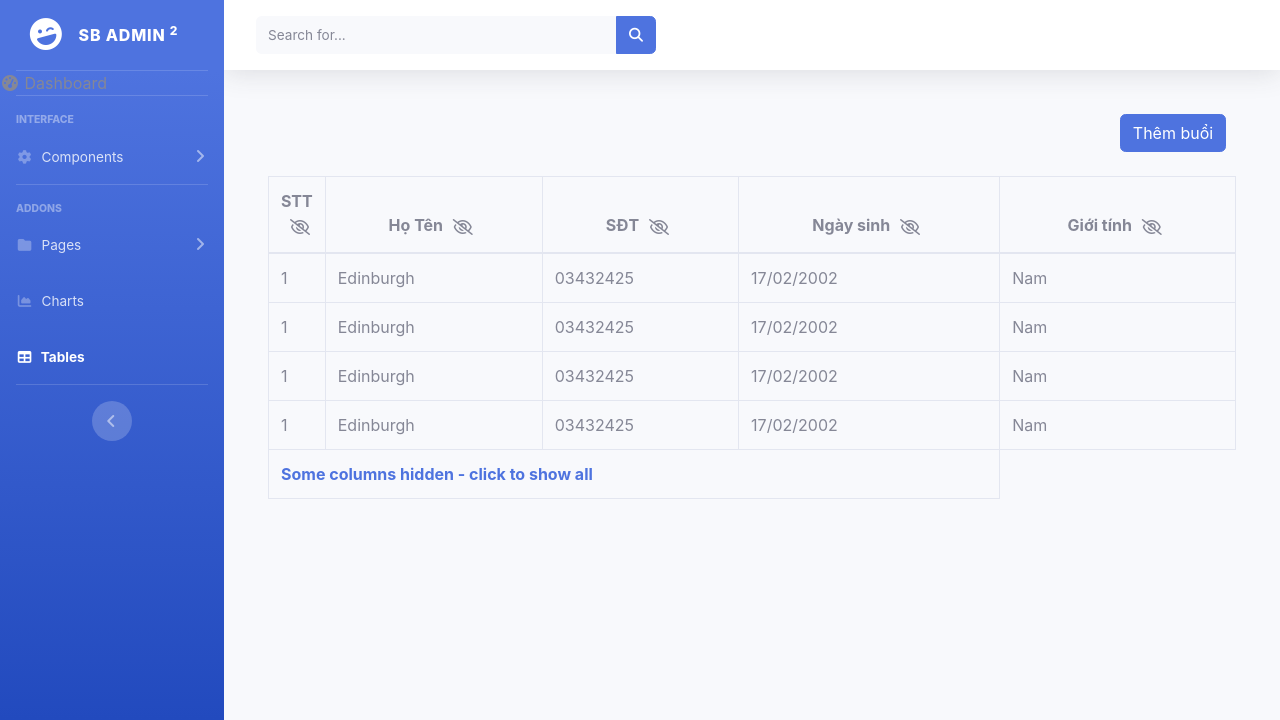
Repository: huyennvo/WebCiTEdu
Page: index.html
An editor plug-in stored every save of this project. The page is shown before and after the next save, followed by the edit.
The browser window is 1280 px wide. The pictures show the whole page.
Some web libraries are served in a nearby version.

Above is the page before, as saved 2022-07-30 09:47:08.

After the next save:
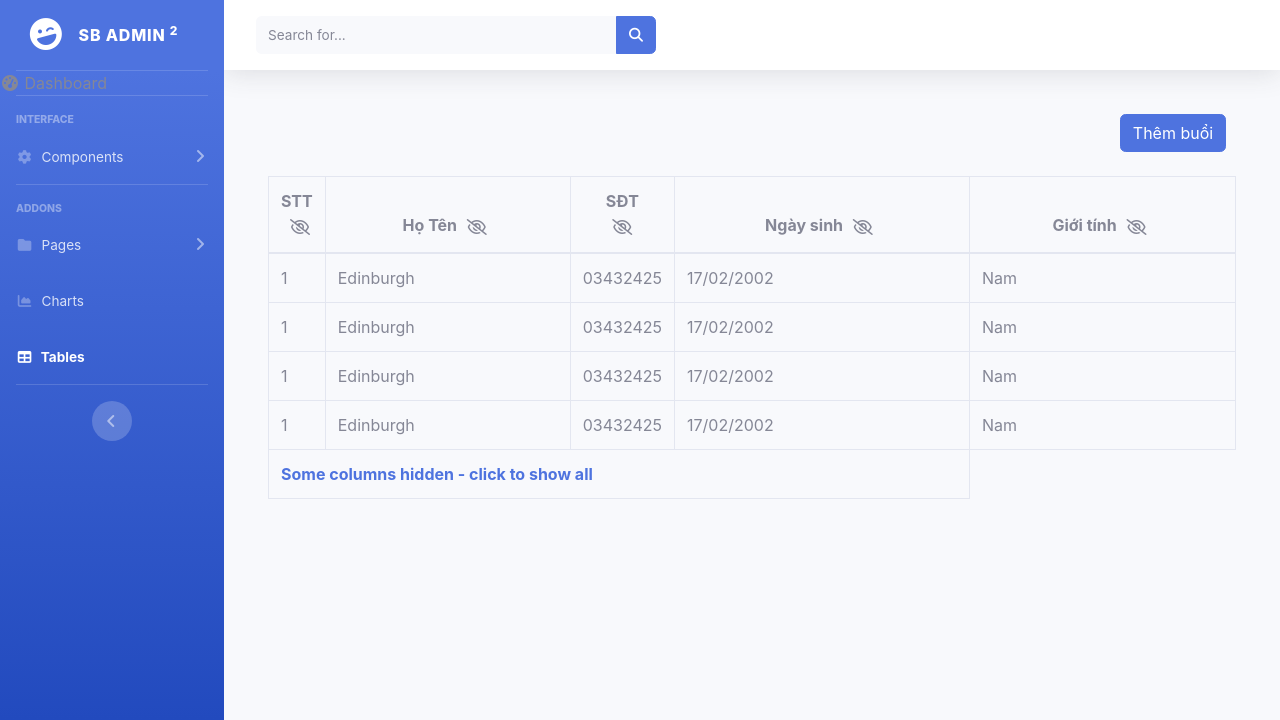
Saved 67 s later.
--- a/index.html
+++ b/index.html
@@ -212,7 +212,7 @@ crossorigin="anonymous"
                                         </th class="hide-col">
                                         <th>
                                             SĐT
-                                            <button class="pull-right btn btn-default btn-condensed hide-column" data-toggle="tooltip" data-placement="bottom" title="Ẩn cột">
+                                            <button style="width: 5vw" class="pull-right btn btn-default btn-condensed hide-column" data-toggle="tooltip" data-placement="bottom" title="Ẩn cột">
           <i class="fa fa-eye-slash"></i>
         </button>
                                         </th>
@@ -239,28 +239,28 @@ crossorigin="anonymous"
                                     <tr id="row2">
                                         <td style="width:2vw; text-align: centre">1</td>
                                         <td>Edinburgh</td>
-                                        <td>03432425</td>
+                                        <td style="width: 5vw">03432425</td>
                                         <td>17/02/2002</td>
                                         <td>Nam</td>
                                     </tr>
                                     <tr id="row3">
                                         <td style="width:3vw; text-align: centre">1</td>
                                         <td>Edinburgh</td>
-                                        <td>03432425</td>
+                                        <td style="width: 5vw">03432425</td>
                                         <td>17/02/2002</td>
                                         <td>Nam</td>
                                     </tr>
                                     <tr id="row4">
                                         <td style="width:2vw; text-align: centre">1</td>
                                         <td>Edinburgh</td>
-                                        <td>03432425</td>
+                                        <td style="width: 5vw" >03432425</td>
                                         <td>17/02/2002</td>
                                         <td>Nam</td>
                                     </tr>
                                     <tr id="row5">
                                         <td style="width:2vw; text-align: centre">1</td>
                                         <td>Edinburgh</td>
-                                        <td>03432425</td>
+                                        <td style="width: 5vw">03432425</td>
                                         <td>17/02/2002</td>
                                         <td>Nam</td>
                                     </tr>
